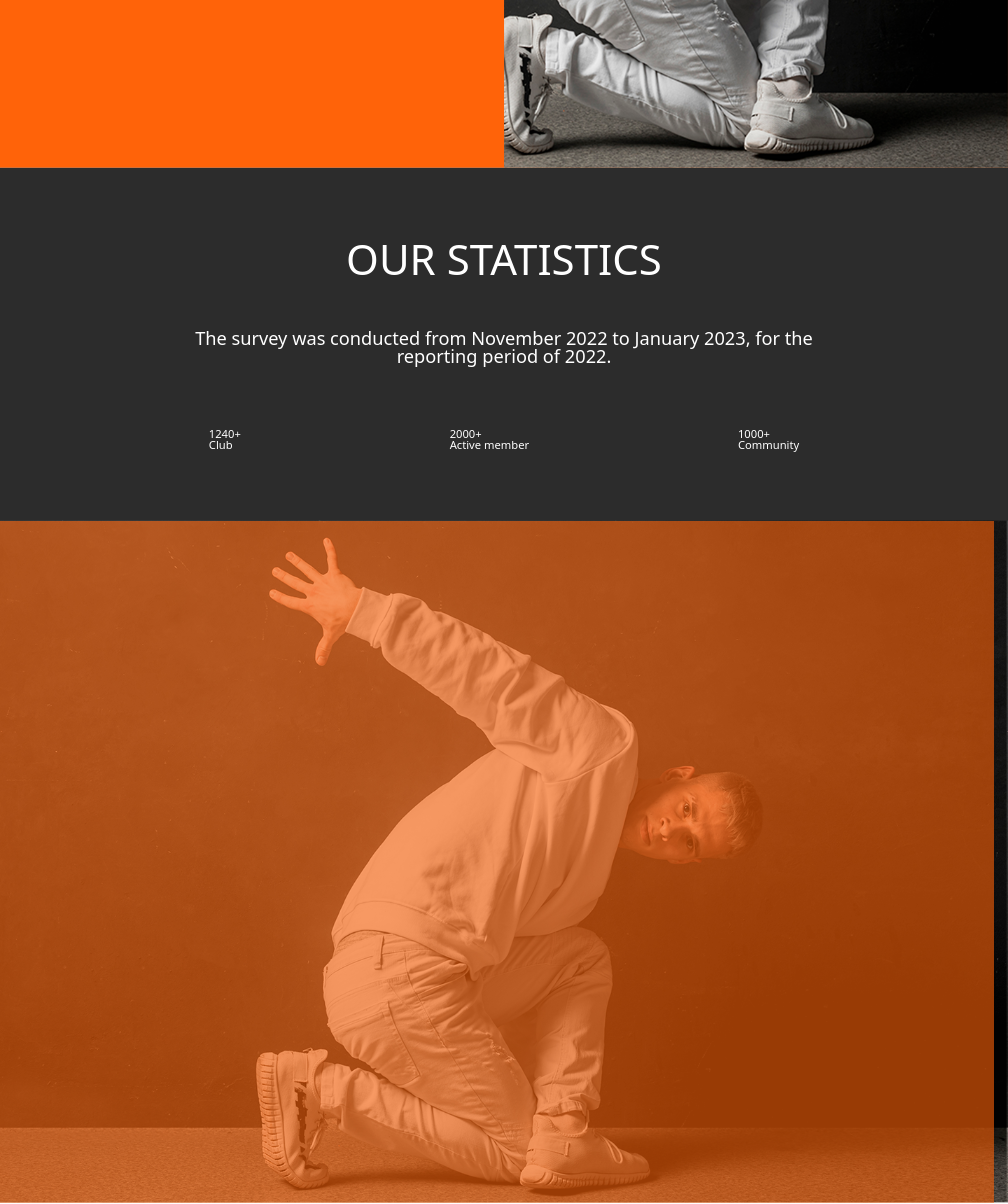
Repository: KinD2704/Web-University
Page: Bai30/index.html
The author's editor kept a copy of each file at every save. The page is drawn from the files as they stood at one save, then again after the next save.
The browser window is 1280 px wide. The page is 1440 px wide, so the pictures cover 1440 px, including what lies to the right of the window. The pictures show the part of the page from y = 4434 to 6154 px (the page is 6154 px tall), at 70% of full size.

Above is the page before, as saved 2023-12-23 22:26:46.

After the next save:
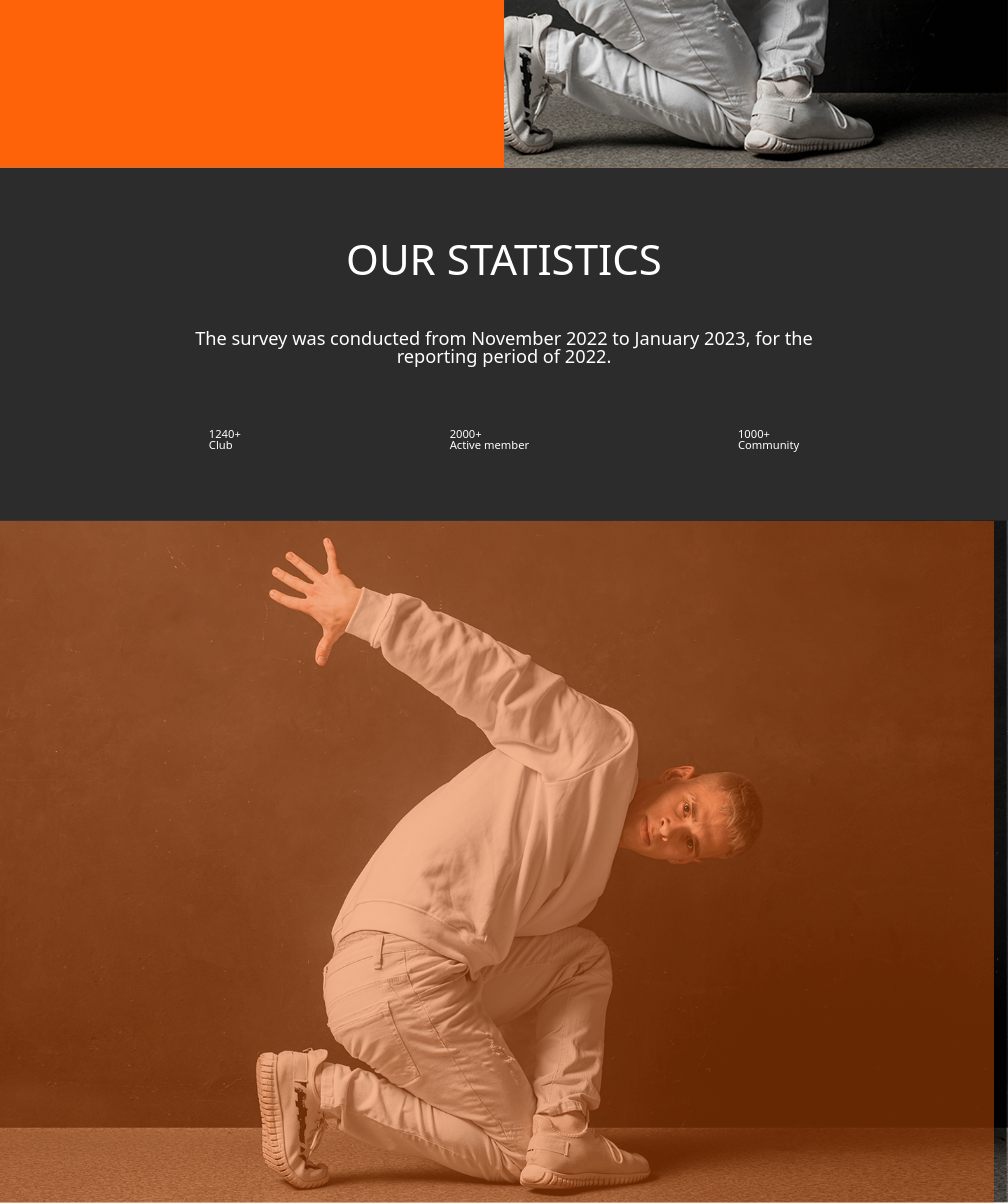
Saved 4 s later.
--- a/Bai30/index.html
+++ b/Bai30/index.html
@@ -158,7 +158,7 @@
                 </div>
             </div>
             <div class="banner7">
-                <img src="img/banner7.png" alt="" style="opacity: 0.6;">
+                <img src="img/banner7.png" alt="" style="opacity: 0.4;">
             </div>
             <div class="banner8"></div>
             <div class="banner9"></div>
